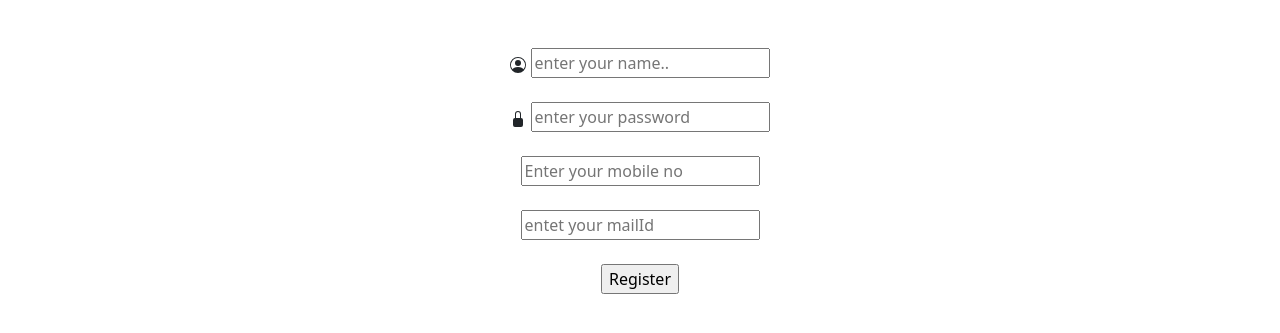
Repository: bpgujjari/Java-Logics
Page: conditional and looping programs/RathanSir/Project-K/src/main/webapp/regstration.html
The author's editor kept a copy of each file at every save. The page is drawn from the files as they stood at one save, then again after the next save.
The browser window is 1280 px wide. The pictures show the whole page.

Above is the page before, as saved 2023-03-12 12:21:13.

After the next save:
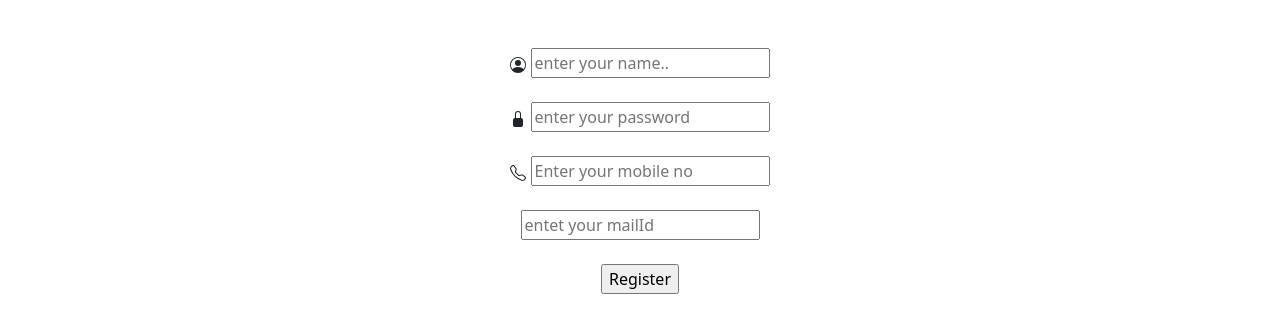
Saved 66 s later.
--- a/conditional and looping programs/RathanSir/Project-K/src/main/webapp/regstration.html
+++ b/conditional and looping programs/RathanSir/Project-K/src/main/webapp/regstration.html
@@ -17,6 +17,9 @@
   <path d="M8 1a2 2 0 0 1 2 2v4H6V3a2 2 0 0 1 2-2zm3 6V3a3 3 0 0 0-6 0v4a2 2 0 0 0-2 2v5a2 2 0 0 0 2 2h6a2 2 0 0 0 2-2V9a2 2 0 0 0-2-2z"/>
 </svg>
 <input type="password" name="password" placeholder="enter your password"><br><br>
+<svg xmlns="http://www.w3.org/2000/svg" width="16" height="16" fill="currentColor" class="bi bi-telephone" viewBox="0 0 16 16">
+  <path d="M3.654 1.328a.678.678 0 0 0-1.015-.063L1.605 2.3c-.483.484-.661 1.169-.45 1.77a17.568 17.568 0 0 0 4.168 6.608 17.569 17.569 0 0 0 6.608 4.168c.601.211 1.286.033 1.77-.45l1.034-1.034a.678.678 0 0 0-.063-1.015l-2.307-1.794a.678.678 0 0 0-.58-.122l-2.19.547a1.745 1.745 0 0 1-1.657-.459L5.482 8.062a1.745 1.745 0 0 1-.46-1.657l.548-2.19a.678.678 0 0 0-.122-.58L3.654 1.328zM1.884.511a1.745 1.745 0 0 1 2.612.163L6.29 2.98c.329.423.445.974.315 1.494l-.547 2.19a.678.678 0 0 0 .178.643l2.457 2.457a.678.678 0 0 0 .644.178l2.189-.547a1.745 1.745 0 0 1 1.494.315l2.306 1.794c.829.645.905 1.87.163 2.611l-1.034 1.034c-.74.74-1.846 1.065-2.877.702a18.634 18.634 0 0 1-7.01-4.42 18.634 18.634 0 0 1-4.42-7.009c-.362-1.03-.037-2.137.703-2.877L1.885.511z"/>
+</svg>
 <input type="number" name="number" placeholder="Enter your mobile no"><br><br>
 <input type="email" name="email" placeholder="entet your mailId"><br><br>
 <input type="submit" value="Register">
